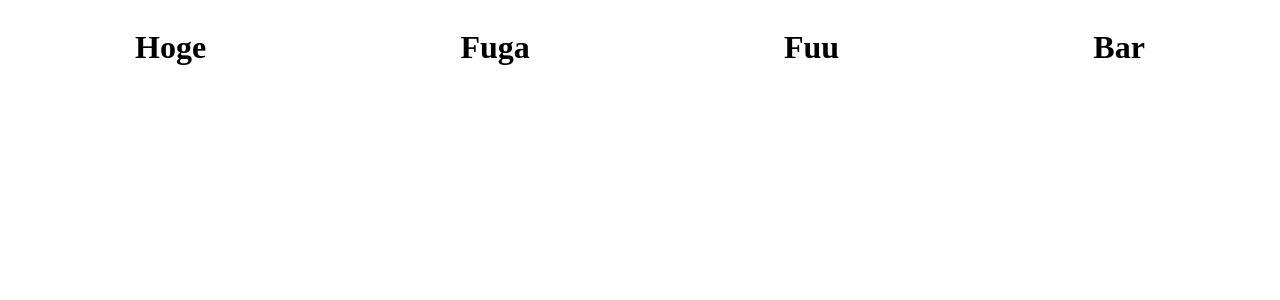
Repository: IzIzKen/samurai_HTML-CSS
Page: HTML CSSを学びWebプログラミングの第一歩を踏み出そう/14章 Flexbox/index2.html
The author's editor kept a record of every edit. The page is drawn from the files as they stood at one moment, then again after the next edit.
The browser window is 1280 px wide. The pictures show the whole page.

Above is the page before.

### HTML CSSを学びWebプログラミングの第一歩を踏み出そう/14章 Flexbox/index2.html
<!DOCTYPE html>
<html lang="ja">
<head>
    <meta charset="UTF-8">
    <style>
        #flex {
            display: flex;
            justify-content: space-around;
        }
    </style>
</head>
<body>
    <div id="flex">
        <h1>Hoge</h1>
        <h1>Fuga</h1>
        <h1>Fuu</h1>
        <h1>Bar</h1>
    </div>
</body>
</html>

After the next edit:
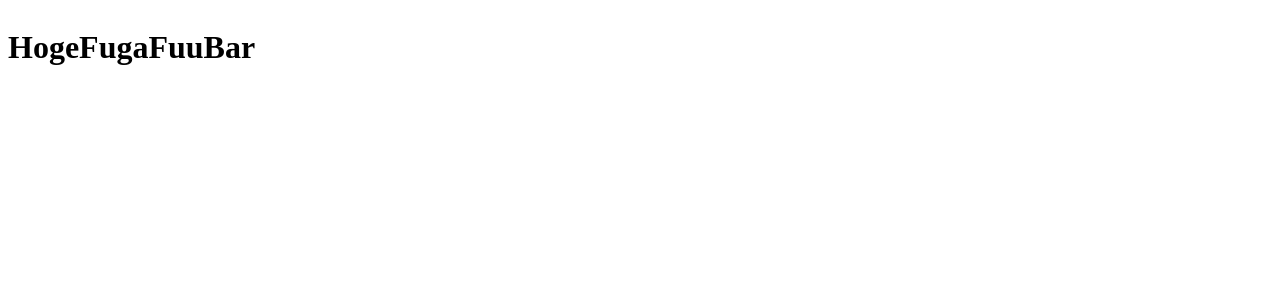
The edit:
--- a/HTML CSSを学びWebプログラミングの第一歩を踏み出そう/14章 Flexbox/index2.html
+++ b/HTML CSSを学びWebプログラミングの第一歩を踏み出そう/14章 Flexbox/index2.html
@@ -5,7 +5,7 @@
     <style>
         #flex {
             display: flex;
-            justify-content: space-around;
+            align-content: stretch;
         }
     </style>
 </head>
